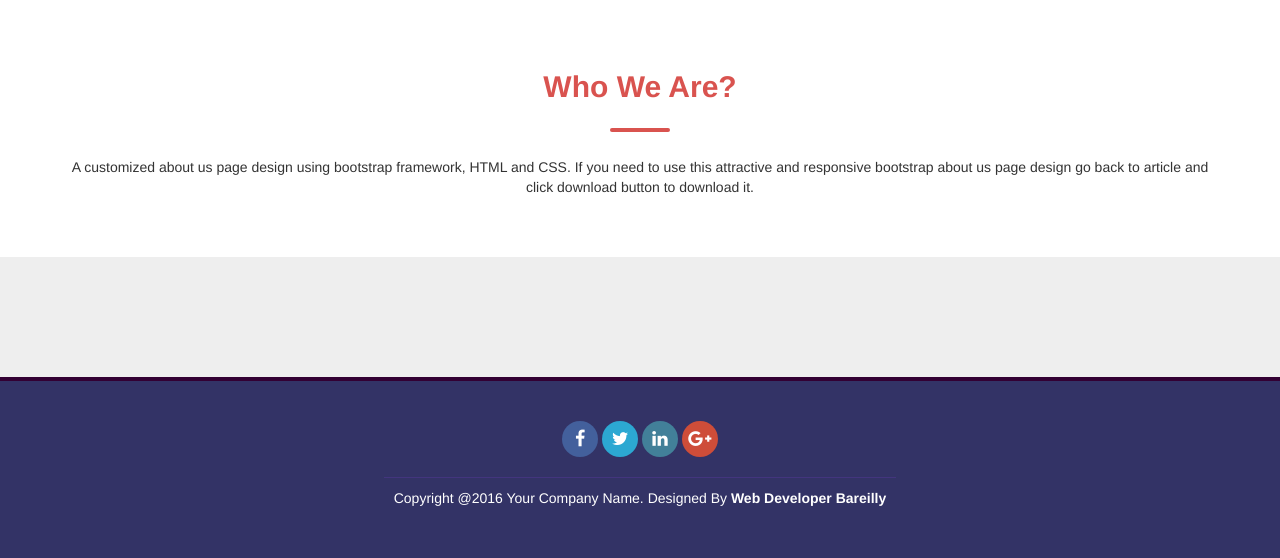
Repository: 31757/yash_webapp_01
Page: http://localhost/yash_webapp_01/WEB-INF/views/about.jsp
The author's editor kept a copy of each file at every save. The page is drawn from the files as they stood at one save, then again after the next save.
The browser window is 1280 px wide. The pictures show the part of the page from y = 414 to 972 px (the page is 972 px tall).
Some web fonts or font styles are not loaded; a fallback is used. Some web libraries are served in a nearby version. The page is served by Tomcat 9. Nobody is signed in. Other server files are loaded and not shown. The template is opened directly, without the code that normally fills it, so the values that code supplies are empty.

Above is the page before, as saved 2016-10-24 12:21:22.

### DT/yash_webapp_01/src/main/webapp/WEB-INF/views/about.jsp

<!DOCTYPE html>
<html lang="en">
<head>
<meta http-equiv="Content-Type" content="text/html; charset=UTF-8">
<title>Bootstrap About Us Page Design</title>
<meta name="description" content="A customized about us page design using bootstrap framework, HTML and CSS. If you need to use this attractive and responsive bootstrap about us page design go back to article and click download button to download it.">
<meta http-equiv="X-UA-Compatible" content="IE=edge">
<meta name="viewport" content="width=device-width, initial-scale=1">
<link rel="stylesheet" href="http://maxcdn.bootstrapcdn.com/bootstrap/3.3.4/css/bootstrap.min.css">
<link href='https://fonts.googleapis.com/css?family=Open+Sans+Condensed:300,700' rel='stylesheet'>
<link href="https://maxcdn.bootstrapcdn.com/font-awesome/4.6.3/css/font-awesome.min.css" rel="stylesheet">
<!--[if lt IE 9]>
<script src=https://oss.maxcdn.com/libs/html5shiv/3.7.0/html5shiv.js></script>
<script src=https://oss.maxcdn.com/libs/respond.js/1.4.2/respond.min.js></script>
<![endif]-->
<script>!function(e,a,t,n,c,o,s){e.GoogleAnalyticsObject=c,e[c]=e[c]||function(){(e[c].q=e[c].q||[]).push(arguments)},e[c].l=1*new Date,o=a.createElement(t),s=a.getElementsByTagName(t)[0],o.async=1,o.src=n,s.parentNode.insertBefore(o,s)}(window,document,"script","//www.google-analytics.com/analytics.js","ga"),ga("create","UA-47210639-2","auto"),ga("send","pageview")</script><script type=application/ld+json>{ "@context": "http://schema.org/","@type": "Review","itemReviewed": {"@type": "Thing","name": "Article"},"author": {"@type": "Person","name": "Md Ashraf Malik"}, "reviewRating": {"@type": "Rating","ratingValue": "5","bestRating": "5"}, "publisher": { "@type": "Organization", "name": "Web Developer Bareilly" } }</script>
<style>

/* header */
html,body{height:100%; width:100%}
h1,h2,h3{font-weight:700}
header{position:relative; width:100%; background-size:cover; background-position:center; background-image:url(images/header.jpg); text-align:center}
header .wel{position: relative;text-align: center;padding: 100px 15px 100px;width: 100%; color:#eee}
.wel h1{font-weight:700; color:#fff}.brk{height:4px; border-radius:4px; background:#d9534f; margin:25px auto; display:block; width:60px}
.abs-back{background:rgba(29, 21, 24, 0.4); position:absolute; height:100%; width:100%; left:0; top:0}
/* who we */
.who-we{margin-top:50px; margin-bottom:50px}
.who-we h2{color:#d9534f;}
/* cards*/
.cards-row{padding-top:70px; padding-bottom:50px; background:#eee}
.thumbnail{padding:0; border-radius:0; border:none; box-shadow:0 2px 2px 0 rgba(0,0,0,.14),0 3px 1px -2px rgba(0,0,0,.2),0 1px 5px 0 rgba(0,0,0,.12)}
.thumbnail>img{width:100%; display:block}
.thumbnail h3{font-size:26px; color:#336}
.thumbnail h3,.card-description{margin:0; padding:8px 0; border-bottom:solid 1px #eee; text-align:center}
.thumbnail p{padding-top:8px; font-size:20px}
.thumbnail .btn{border-radius:0; box-shadow:0 2px 5px 0 rgba(0,0,0,.16),0 2px 10px 0 rgba(0,0,0,.12); font-size:20px}
.team-pic{height:150px !important; width:150px !important; border-radius:50%; margin-top:-75px; box-shadow:0 2px 5px 0 rgba(0,0,0,.4),0 2px 10px 0 rgba(0,0,0,.5); transition:all .2s ease-out}
.thumbnail:hover .team-pic{height:200px !important; width:200px !important; margin-top:-100px}
.thumbnail p.social{padding-top:15px; text-align:center}
.social a{color:#FFF; font-size:18px !important}
.social i.fa{height:36px; width:36px; text-align:center; line-height:36px; background:#069; border-radius:50%}
.social i.fa.fa-facebook{background:#43609C}
.social i.fa.fa-twitter{background:#2CA8D2}
.social i.fa.fa-linkedin{background:#428099}
.social i.fa.fa-google-plus{background:#ce4d39}


/* media */
@media (min-width:768px) {


</style>
</head>
<body>
<jsp:include page="header.jsp"/>

<header id="full">
<div class="abs-back"></div>
<div class="wel">
<div class="wel-info">

<h1>Welcome to Vanu Shopping.....!</h1>
<span class="brk"></span>
<p>A customised website or e-commerce portal for everyone where they can can get everything they need in a single place. This site is also a lots of gain for the men,you dont have to wait at the shop for hours and you dont have to pay a lot for your favourite appliances, here at VanuShopping we provide all types of kitchen and home aplliance and all electronics items  at a low price than from any other website or the local market.</p>
<p>Each every year the portal will launch new things and new varieties and each festival will bring happiness into you by a lot of discount sale and for now just go shopping</p>

</div>
</div>
</header>

<div class="container who-we">

<div class="wel-info text-center">

<h2>Who We Are?</h2>
<span class="brk"></span>
<p>A customized about us page design using bootstrap framework, HTML and CSS. If you need to use this attractive and responsive bootstrap about us page design go back to article and click download button to download it.</p>

</div>
</div>

<div class="container-fluid cards-row">
<div class="container">
<div class="row">


</div>

</div>
</div>


<jsp:include page="footer.jsp"/>

</body>
</html>

### DT/yash_webapp_01/src/main/webapp/WEB-INF/views/header.jsp
<%@ taglib prefix="c"  uri="http://java.sun.com/jsp/jstl/core" %>
<nav class="navbar navbar-inverse navbar-fixed-top">

  <div class="container-fluid">
    <div class="navbar-header">
      <a class="navbar-brand" href="#">WebSiteName</a>
    </div>
    <ul class="nav navbar-nav">
      <li class="active"><a href="<c:url value="/index"/>">Home</a></li>
      <li><a href="<c:url value="/about"/>">About</a></li>
      <li><a href="<c:url value="/Product"/>">Products</a></li>
      <li><a href="<c:url value="/contact"/>">Contact</a></li>
      <li><a href="<c:url value="/viewdetails"/>">View All</a></li>
      <li><a href="<c:url value="/pro/view"/>">CRUD</a></li>
    </ul>
    <ul class="nav navbar-nav navbar-right">
     <li><a href="<c:url value="/login"/>"><span class="glyphicon glyphicon-log-in"></span>Log In</a></li>
          <li><a href="<c:url value="/reg"/>"><span class="glyphicon glyphicon-user"></span>Sign Up</a></li>
          <li><a href="<c:url value="/cart"/>"><span class="glyphicon glyphicon-shopping-cart"></span>Cart</a></li>

    </ul>
  </div>
</nav>

### DT/yash_webapp_01/src/main/webapp/WEB-INF/views/footer.jsp
<style>
#footer{background:#336; padding-top:30px; padding-bottom:30px; text-align:center; border-top:solid 4px #303}
#footer p{padding:10px; color:#fff}
.dont-remove{color:#fff !important; text-decoration:none !important; font-weight:700}
.rights{display:inline-block; border-top:solid 1px rgba(103, 58, 183, 0.3)}

</style>
<footer id="footer">
<div class="container">
        <p class="social"><a href=""><i class="fa fa-facebook"></i></a> <a href=""><i class="fa fa-twitter"></i></a> <a href=""><i class="fa fa-linkedin"></i></a> <a href=""><i class="fa fa-google-plus"></i></a></p>

<p class="rights">Copyright @2016 Your Company Name. Designed By <!-- dont remove link --><a class="dont-remove" href="http://webdeveloperbareilly.in" target="_blank">Web Developer Bareilly</a></p>


</div>
</footer>

After the next save:
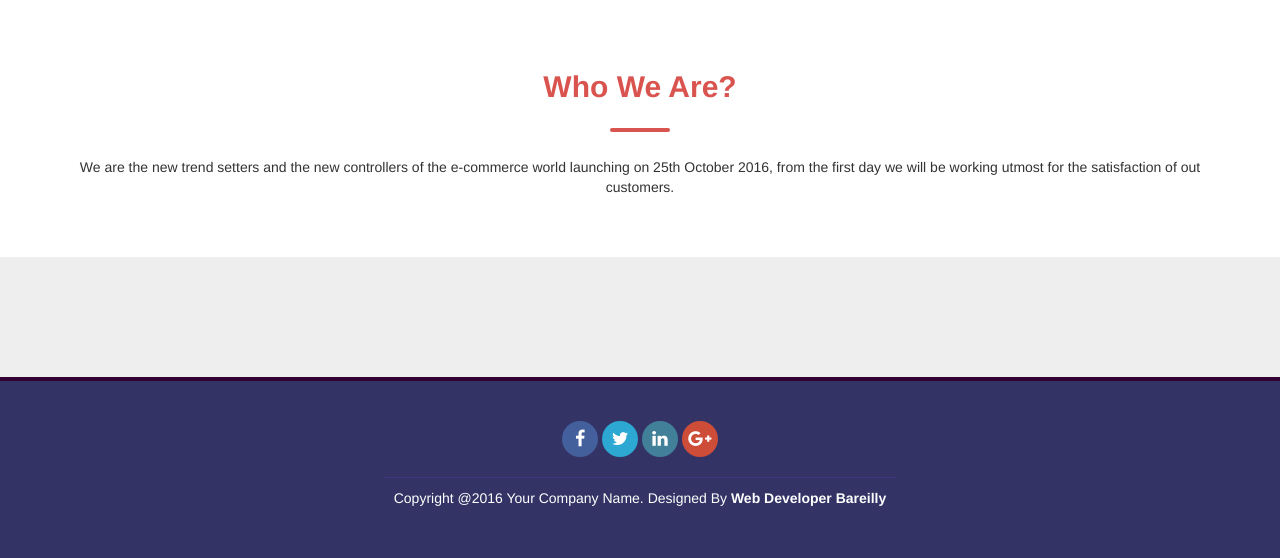
Saved 2 min 41 s later.
--- a/DT/yash_webapp_01/src/main/webapp/WEB-INF/views/about.jsp
+++ b/DT/yash_webapp_01/src/main/webapp/WEB-INF/views/about.jsp
@@ -75,7 +75,8 @@ header .wel{position: relative;text-align: center;padding: 100px 15px 100px;widt
 
 <h2>Who We Are?</h2>
 <span class="brk"></span>
-<p>A customized about us page design using bootstrap framework, HTML and CSS. If you need to use this attractive and responsive bootstrap about us page design go back to article and click download button to download it.</p>
+<p>We are the new trend setters and the new controllers of the e-commerce world launching on 25th October 2016, from the first day we will be working utmost for the satisfaction of out customers.</p>
+
 
 </div>
 </div>
